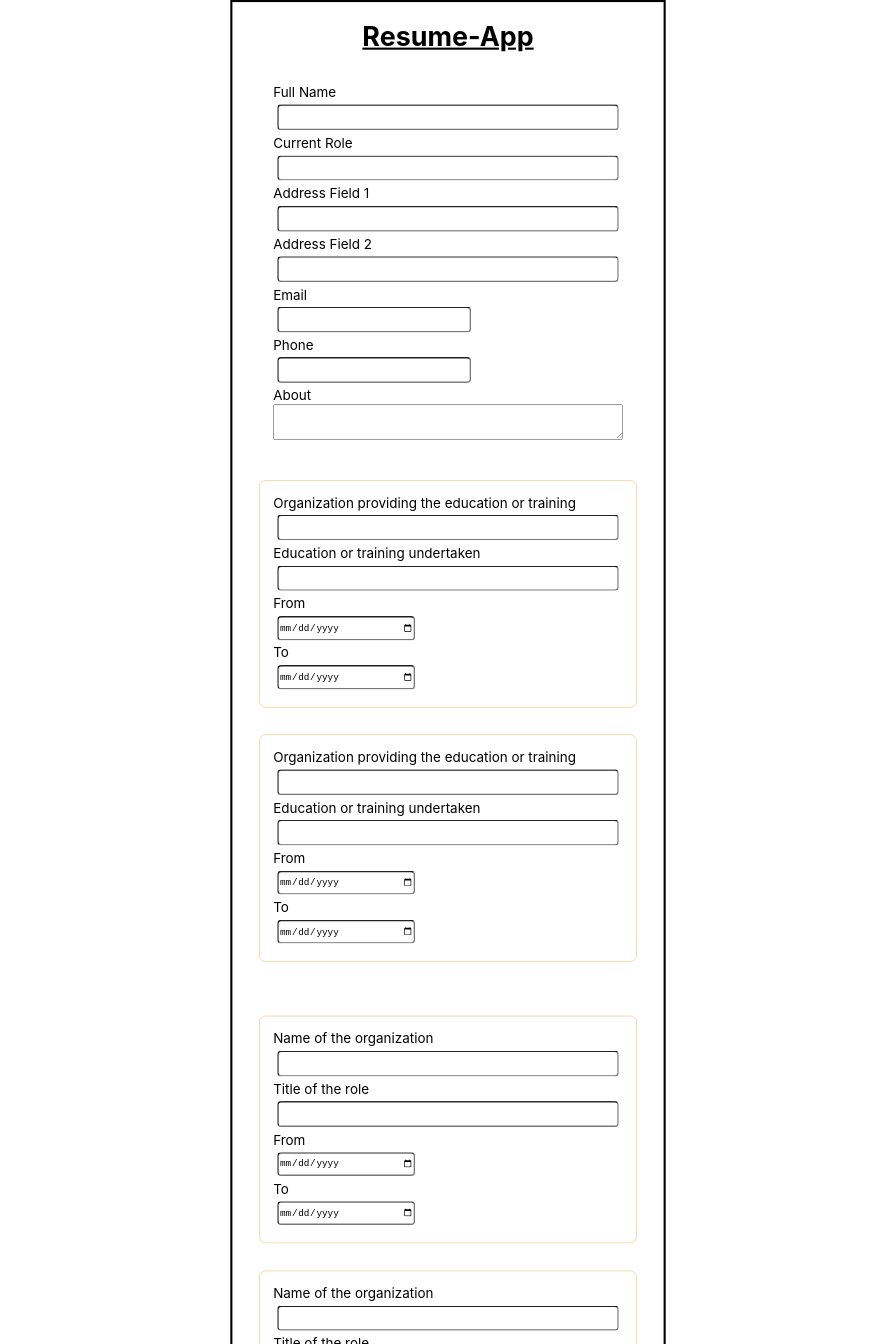
Repository: 0101chaitanya/resume-app
Page: /
These files come from the project's save history. The page is drawn as it stood at one moment and after the next save; the edit follows.
The browser window is 1280 px wide. The pictures show the part of the page from y = 0 to 1920 px (the page is 3380 px tall before and 3382 px after), at 70% of full size.
The project was rebuilt for these pictures with package versions that can differ from the ones it lists, and the page was loaded fresh each time.

Above is the page before, as saved 2021-07-28 18:27:19.

### src/App.js
import React, { useState, useEffect } from "react";
import logo from "./logo.svg";
import "./App.css";
import Section1 from "./components/section1";
import Section2 from "./components/section2";
import Section3 from "./components/section3";
/* fullName: "",
    currentRole: "",
    address1: "",
    address2: "",
    about: "",
    phone: "",
    email: "",

    schoolName1: "",
    titleOfStudy1: "",
    from1: "",
    to1: "",

    schoolName2: "",
    titleOfStudy2: "",
    from2: "",
    to2: "",

    organizationName1: "",
    titleOfRole1: "",
    workedFrom1: "",
    workedTill1: "",

    organizationName2: "",
    titleOfRole2: "",
    workedFrom2: "",
    workedTill2: "",


    */

function App() {
  const [state, setState] = useState({
    skills: "",

    project1: "",
    project2: "",
    project3: "",
  });
  useEffect(() => {
    console.log(state);
  });
  const onChange = (e) => {
    const { name, value } = e.target;
    console.log(name, value);
    setState({
      ...state,
      [name]: value,
    });
    console.log(state);
  };
  const handleSubmit = (e) => {
    localStorage.setItem("savedData", JSON.stringify(state));
    setState({
      fullName: "",
      currentRole: "",
      address1: "",
      address2: "",
      email: "",
      phone: "",
      about: "fsfesffsffsefsfsefes",
      schoolName1: "",
      titleOfStudy1: "",
      from1: "",
      to1: "",
      schoolName2: "",
      titleOfStudy2: "",
      from2: "",
      to2: "",
      organizationName1: "",
      titleOfRole1: "",
      workedFrom1: "",
      workedTill1: "",
      organizationName2: "",
      titleOfRole2: "",
      workedFrom2: "",
      workedTill2: "",
      skills: "",
      project1: "",
      project2: "",
      project3: "",
    });
    e.target.submit();
  };

  return (
    <div className="app">
      <header className="App-header">
        <h1>Resume-App</h1>
      </header>
      <form
        onSubmit={(e) => {
          e.preventDefault();
          handleSubmit(e);
        }}
      >
        <Section1 state={state} onChange={onChange.bind(this)} />
        <Section2 state={state} onChange={onChange.bind(this)} />
        <Section3 state={state} onChange={onChange.bind(this)} />

        <div className="section section3">
          <div className="job1">
            <label htmlFor="organizationName1">
              Name of the organization
              <input
                required
                id="organizationName1"
                name="organizationName1"
                onChange={onChange}
                value={state.organizationName1}
                type="text"
              />
            </label>
            <label htmlFor="titleOfRole1">
              Title of the role
              <input
                required
                id="titleOfRole1"
                name="titleOfRole1"
                onChange={onChange}
                value={state.titleOfRole1}
                type="text"
              />
            </label>
            <label htmlFor="workedFrom1">
              From
              <input
                required
                id="workedFrom1"
                name="workedFrom1"
                onChange={onChange}
                value={state.workedFrom1}
                type="date"
              />
            </label>
            <label htmlFor="workedTill1">
              To
              <input
                required
                id="workedTill1"
                name="workedTill1"
                onChange={onChange}
                value={state.workedTill1}
                type="date"
              />
            </label>
          </div>
          <div className="job2">
            <label htmlFor="organizationName2">
              Name of the organization
              <input
                id="organizationName2"
                name="organizationName2"
                onChange={onChange}
                value={state.organizationName2}
                type="text"
              />
            </label>
            <label htmlFor="titleOfRole2">
              Title of the role
              <input
                id="titleOfRole2"
                name="titleOfRole2"
                onChange={onChange}
                value={state.titleOfRole2}
                type="text"
              />
            </label>
            <label htmlFor="workedFrom2">
              From
              <input
                id="workedFrom2"
                name="workedFrom2"
                onChange={onChange}
                value={state.workedFrom2}
                type="date"
              />
            </label>
            <label htmlFor="workedTill2">
              To
              <input
                id="workedTill2"
                name="workedTill2"
                onChange={onChange}
                value={state.workedTill2}
                type="date"
              />
            </label>
          </div>
        </div>
        <div className="section section4">
          <label htmlFor="skills">
            Skills
            <input
              required
              id="skills"
              name="skills"
              onChange={onChange}
              value={state.skills}
              type="text"
            />
          </label>
        </div>
        <div className="section section5">
          <ol>
            Projects:
            <li>
              <label htmlFor="project1">
                <input
                  required
                  id="project1"
                  name="project1"
                  onChange={onChange}
                  value={state.project1}
                  type="text"
                />
              </label>
            </li>
            <li>
              <label htmlFor="project2">
                <input
                  required
                  id="project2"
                  name="project2"
                  onChange={onChange}
                  value={state.project2}
                  type="text"
                />
              </label>
            </li>
            <li>
              <label htmlFor="project3">
                <input
                  id="project3"
                  name="project3"
                  onChange={onChange}
                  value={state.project3}
                  type="text"
                />
              </label>
            </li>
          </ol>
        </div>
        <button type="submit">Save</button>
      </form>
    </div>
  );
}

export default App;

### src/App.css
html {
  font-size: 1.2rem;
  font-weight: 400;
}
input {
  border-radius: 0.3rem;
  height: 1.6rem;
}
.app {
  margin: auto;
  display: flex;
  flex-direction: column;
  border: 0.2rem solid;
  width: fit-content;
  height: fit-content;
}

h1 {
  text-align: center;
  text-decoration: underline;
}
label {
  display: flex;
  flex-direction: column;
}
input[type="text"] {
  width: 25rem;
  margin: 0.3rem;
}
input[type="email"],
input[type="tel"] {
  width: 14rem;

  margin: 0.3rem;
}

input[type="date"] {
  width: 10rem;

  margin: 0.3rem;
}
.edu1,
.edu2,
.job1,
.job2 {
  margin: 1rem;
  padding: 1rem;
  border-radius: 0.5rem;
  border: 1px solid rgb(243, 200, 135);
}
.section {
  margin: 1rem;
  display: flex;
  flex-direction: column;
  justify-content: center;
}
form {
  display: flex;
  flex-direction: column;
  align-items: center;
}
button {
  justify-self: center;
  align-self: center;
  margin: 1rem;
  padding: 0.5rem;
  background-color: rgb(236, 236, 177);
  border-radius: 0.3rem;
}

### src/components/section1.js
import React, { useState } from "react";

export default function Section1(props) {
  const [state, setState] = useState({
    fullName: props.state.fullName,
    currentRole: props.state.currentRole,
    address1: props.state.address1,
    address2: props.state.address2,
    email: props.state.email,
    phone: props.state.phone,
    about: props.state.about,

    /* fullName: "",
    currentRole: "",
    address1: "",
    address2: "",
    about: "",
    phone: "",
    email: "", */
  });
  return (
    <div className="section section1">
      <label htmlFor="fullName">
        Full Name
        <input
          required
          id="fullName"
          name="fullName"
          onChange={(e) => props.onChange(e)}
          value={state.fullName}
          type="text"
        />
      </label>
      <label htmlFor="currentRole">
        Current Role
        <input
          required
          id="currentRole"
          name="currentRole"
          onChange={props.onChange}
          value={state.currentRole}
          type="text"
        />
      </label>
      <label htmlFor="address1">
        Address Field 1
        <input
          required
          id="address1"
          name="address1"
          onChange={props.onChange}
          value={state.address1}
          type="text"
        />
      </label>
      <label htmlFor="address2">
        Address Field 2
        <input
          required
          id="address2"
          name="address2"
          onChange={props.onChange}
          value={state.address2}
          type="text"
        />
      </label>
      <label htmlFor="email">
        Email
        <input
          required
          id="email"
          name="email"
          onChange={props.onChange}
          value={state.email}
          type="email"
        />
      </label>
      <label htmlFor="phone">
        Phone
        <input
          required
          id="phone"
          name="phone"
          onChange={props.onChange}
          value={state.phone}
          type="tel"
        />
      </label>
      <label htmlFor="about">
        About
        <textarea
          rows={3}
          id="about"
          name="about"
          onChange={props.onChange}
          value={state.about}
        />
      </label>
    </div>
  );
}

### src/components/section2.js
import React, { useState } from "react";

export default function Section2(props) {
  const [state, setState] = useState({
    schoolName1: props.state.schoolName1,
    titleOfStudy1: props.state.titleOfStudy1,
    from1: props.state.from1,
    to1: props.state.to1,

    schoolName2: props.state.schoolName2,
    titleOfStudy2: props.state.titleOfStudy2,
    from2: props.state.from2,
    to2: props.state.to2,
  });

  return (
    <div className="section section2">
      <div className="edu1">
        <label htmlFor="schoolName1">
          Organization providing the education or training
          <input
            required
            id="schoolName1"
            name="schoolName1"
            onChange={props.onChange}
            value={state.schoolName1}
            type="text"
          />
        </label>
        <label htmlFor="titleOfStudy1">
          Education or training undertaken
          <input
            required
            id="titleOfStudy1"
            name="titleOfStudy1"
            onChange={props.onChange}
            value={state.titleOfStudy1}
            type="text"
          />
        </label>
        <label htmlFor="from1">
          From
          <input
            required
            id="from1"
            name="from1"
            onChange={props.onChange}
            value={state.from1}
            type="date"
          />
        </label>
        <label htmlFor="to1">
          To
          <input
            required
            id="to1"
            name="to1"
            onChange={props.onChange}
            value={state.to1}
            type="date"
          />
        </label>
      </div>
      <div className="edu2">
        <label htmlFor="schoolName2">
          Organization providing the education or training
          <input
            required
            id="schoolName2"
            name="schoolName2"
            onChange={props.onChange}
            value={state.schoolName2}
            type="text"
          />
        </label>
        <label htmlFor="titleOfStudy2">
          Education or training undertaken
          <input
            required
            id="titleOfStudy2"
            name="titleOfStudy2"
            onChange={props.onChange}
            value={state.titleOfStudy2}
            type="text"
          />
        </label>
        <label htmlFor="from2">
          From
          <input
            required
            id="from2"
            name="from2"
            onChange={props.onChange}
            value={state.from2}
            type="date"
          />
        </label>
        <label htmlFor="to2">
          To
          <input
            required
            id="to2"
            name="to2"
            onChange={props.onChange}
            value={state.to2}
            type="date"
          />
        </label>
      </div>
    </div>
  );
}

### src/components/section3.js
import React, { useState } from "react";

export default function Section3(props) {
  const [state, setState] = useState({
    organizationName1: props.state.organizationName1,
    titleOfRole1: props.state.titleOfRole1,
    workedFrom1: props.state.workedFrom1,
    workedTill1: props.state.workedTill1,

    organizationName2: props.state.organizationName2,
    titleOfRole2: props.state.titleOfRole2,
    workedFrom2: props.state.workedFrom2,
    workedTill2: props.state.workedTill2,
  });
  return (
    <div className="section section3">
      <div className="job1">
        <label htmlFor="organizationName1">
          Name of the organization
          <input
            required
            id="organizationName1"
            name="organizationName1"
            onChange={props.onChange}
            value={state.organizationName1}
            type="text"
          />
        </label>
        <label htmlFor="titleOfRole1">
          Title of the role
          <input
            required
            id="titleOfRole1"
            name="titleOfRole1"
            onChange={props.onChange}
            value={state.titleOfRole1}
            type="text"
          />
        </label>
        <label htmlFor="workedFrom1">
          From
          <input
            required
            id="workedFrom1"
            name="workedFrom1"
            onChange={props.onChange}
            value={state.workedFrom1}
            type="date"
          />
        </label>
        <label htmlFor="workedTill1">
          To
          <input
            required
            id="workedTill1"
            name="workedTill1"
            onChange={props.onChange}
            value={state.workedTill1}
            type="date"
          />
        </label>
      </div>
      <div className="job2">
        <label htmlFor="organizationName2">
          Name of the organization
          <input
            id="organizationName2"
            name="organizationName2"
            onChange={props.onChange}
            value={state.organizationName2}
            type="text"
          />
        </label>
        <label htmlFor="titleOfRole2">
          Title of the role
          <input
            id="titleOfRole2"
            name="titleOfRole2"
            onChange={props.onChange}
            value={state.titleOfRole2}
            type="text"
          />
        </label>
        <label htmlFor="workedFrom2">
          From
          <input
            id="workedFrom2"
            name="workedFrom2"
            onChange={props.onChange}
            value={state.workedFrom2}
            type="date"
          />
        </label>
        <label htmlFor="workedTill2">
          To
          <input
            id="workedTill2"
            name="workedTill2"
            onChange={props.onChange}
            value={state.workedTill2}
            type="date"
          />
        </label>
      </div>
    </div>
  );
}

Loaded but not shown: public/index.html (common file); src/index.js (common file); src/index.css (common file); src/reportWebVitals.js (common file)

After the next save:
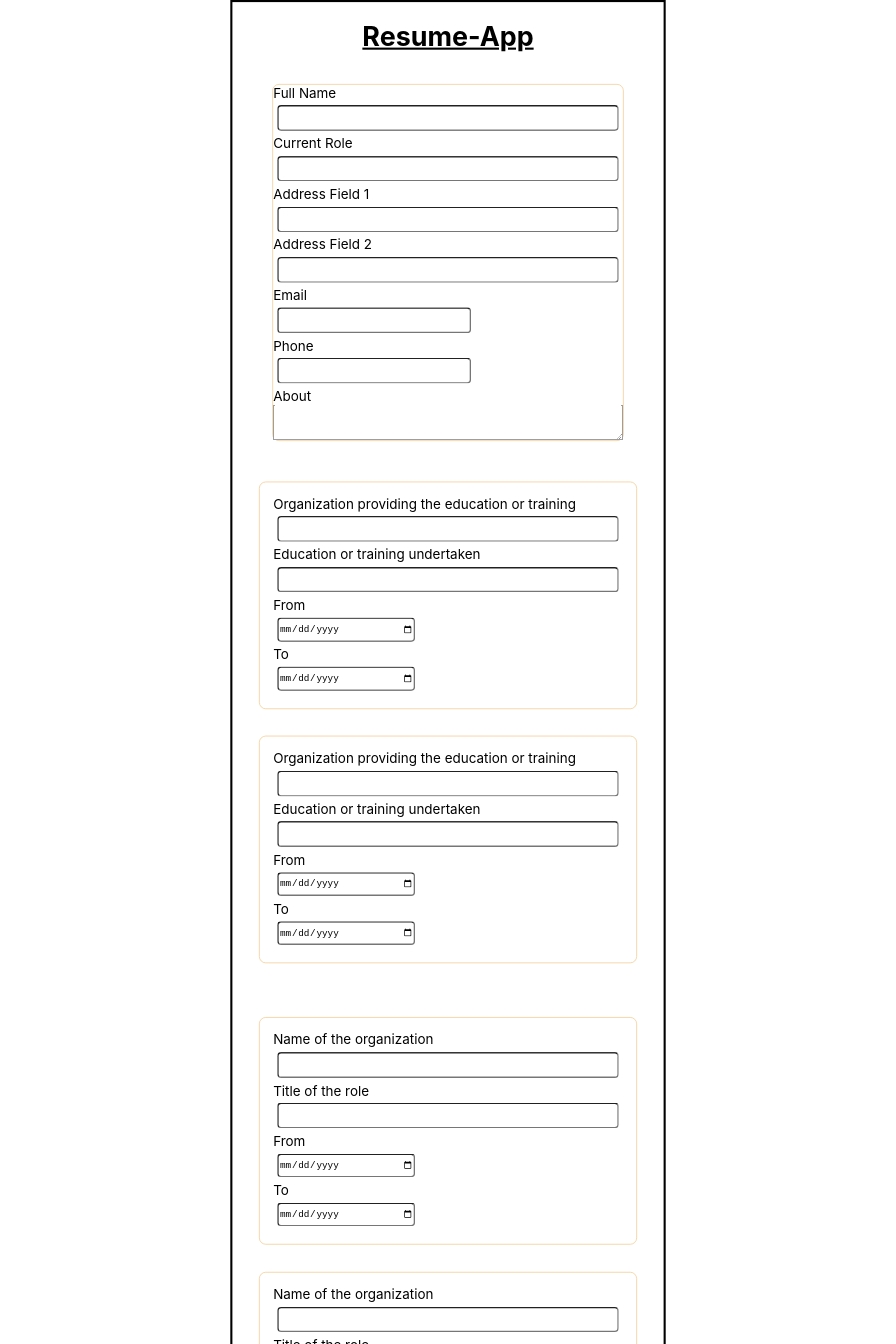
Saved 49 s later.
--- a/src/App.css
+++ b/src/App.css
@@ -67,3 +67,8 @@ button {
   background-color: rgb(236, 236, 177);
   border-radius: 0.3rem;
 }
+
+.section1 {
+  border-radius: 0.5rem;
+  border: 1px solid rgb(243, 200, 135);
+}
